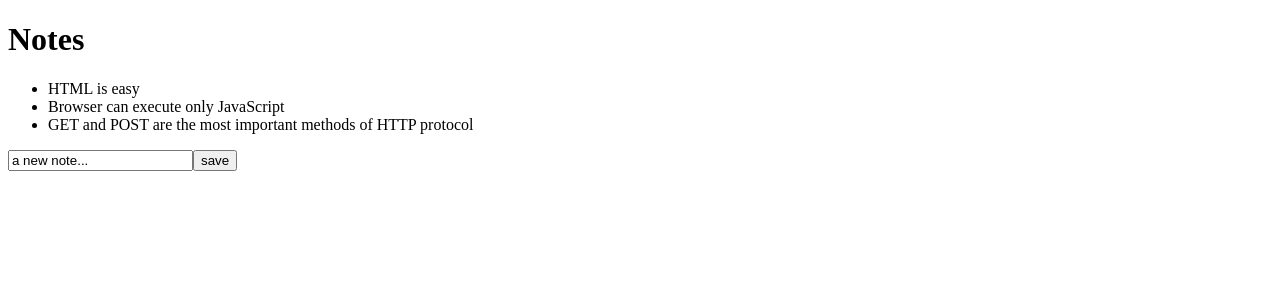
Repository: 4di61/FullStackOpen
Page: / (app in test_app/)
An editor plug-in stored every save of this project. The page is shown before and after a run of saves, followed by the edit.
The browser window is 1280 px wide. The pictures show the whole page.
The project was rebuilt for these pictures with package versions that can differ from the ones it lists, and the page was loaded fresh each time. Also part of the build but not shown: test_app/vite.config.js.

Above is the page before, as saved 2024-09-06 10:47:57.

After the next 3 saves:
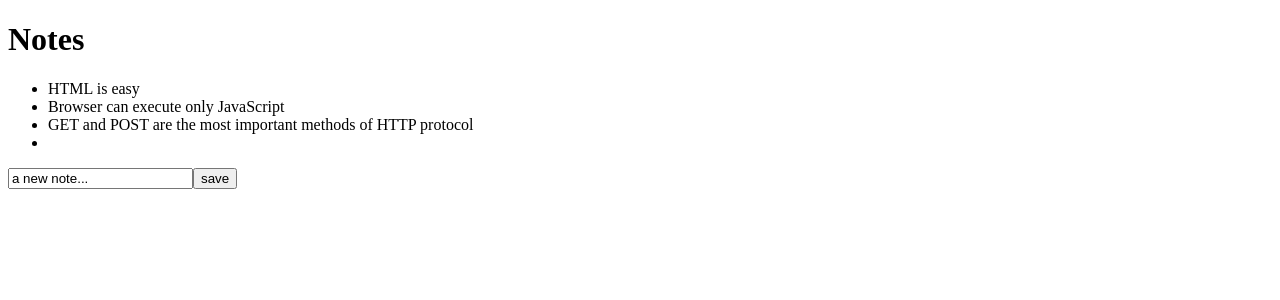
The 3 saves are shown as one change because they came seconds apart.
The last was saved 7 s later.
--- a/test_app/src/App.jsx
+++ b/test_app/src/App.jsx
@@ -27,7 +27,9 @@ const App = (props) => {
         {notes.map((note) => (
           <Note key={note.id} note={note} />
         ))}
-
+        <li>
+          {}
+        </li>
       </ul>
       <form onSubmit={addNote}>
         <input value={newNote} onChange={handleNoteChange} />
